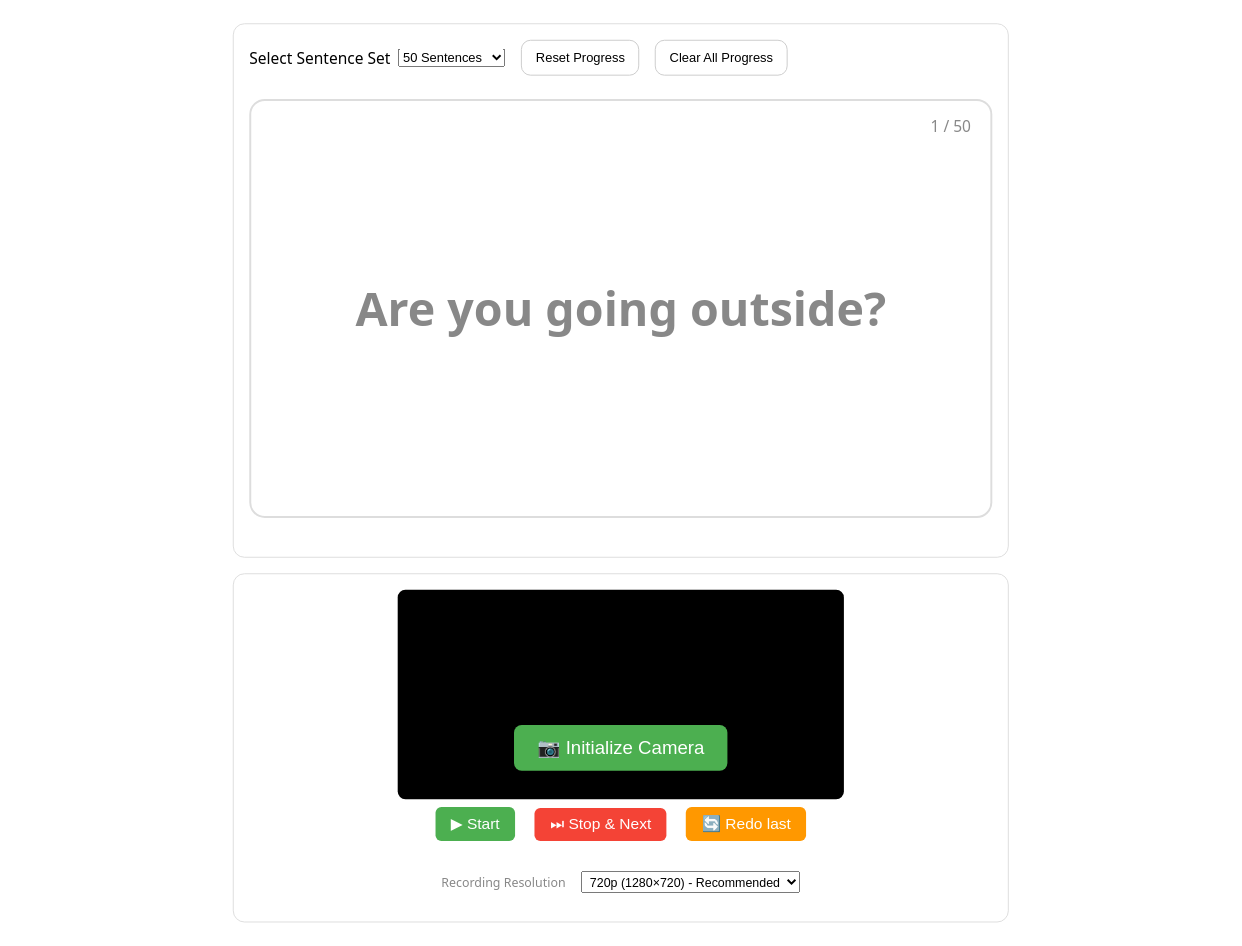
Repository: video2speech/video2speech.github.io
Page: index.html
The author's editor kept a copy of each file at every save. The page is drawn from the files as they stood at one save, then again after the next save.
The browser window is 1280 px wide. The pictures show the whole page, at 97% of full size.

Above is the page before, as saved 2025-09-04 12:42:32.

After the next save:
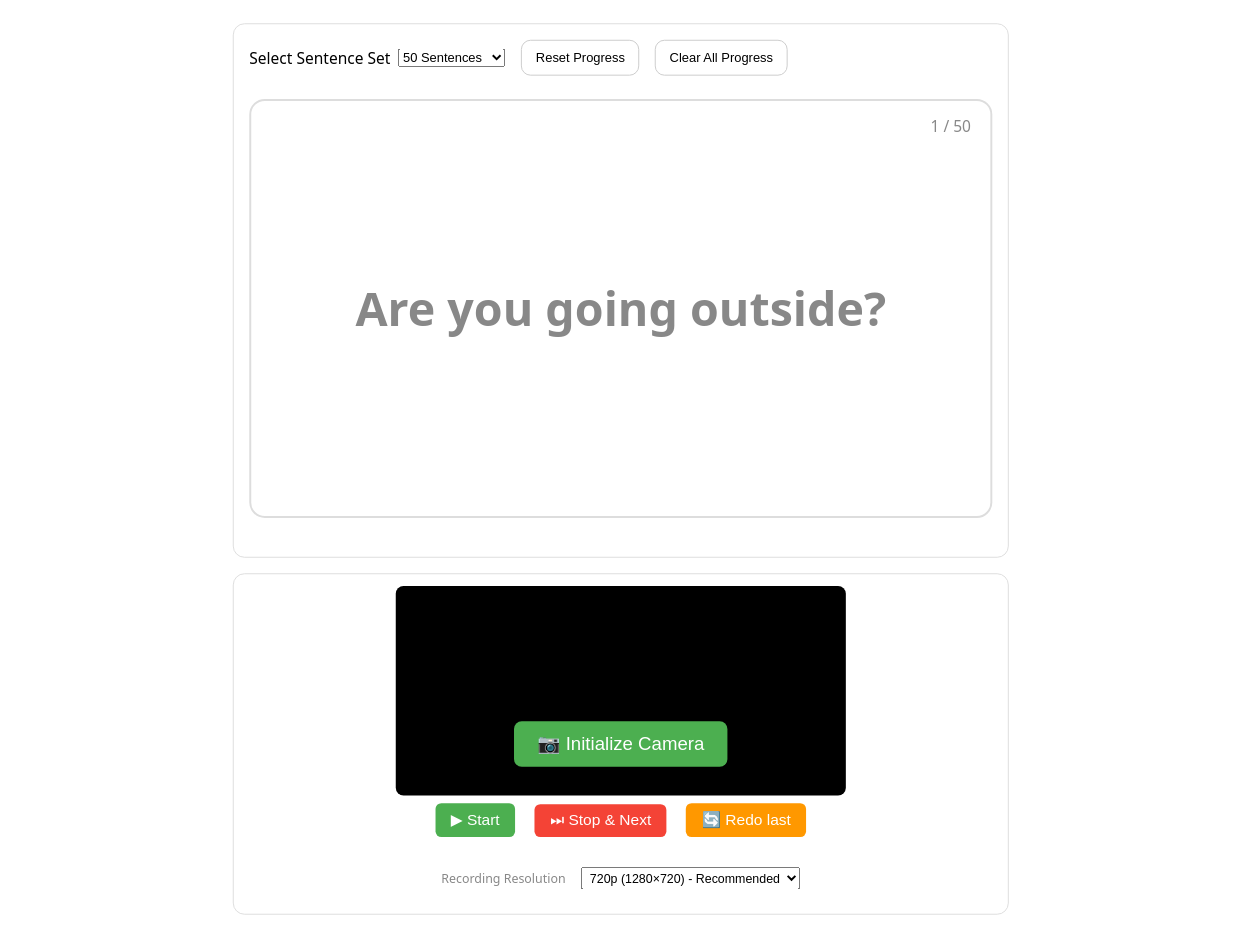
Saved 6 s later.
--- a/index.html
+++ b/index.html
@@ -57,7 +57,7 @@
     </div>
   </div>
 
-  <div class="card" style="position: relative;">
+  <div class="card" style="position: relative; padding: 12px; margin: 12px 0;">
     <video id="preview" playsinline autoplay muted></video>
     <div id="initCameraOverlay" style="position: absolute; top: 50%; left: 50%; transform: translate(-50%, -50%); z-index: 10;">
       <button id="init" style="font-size: 1.2rem; padding: 12px 24px; background: #4CAF50; color: white; border: none; border-radius: 8px; cursor: pointer;">📷 Initialize Camera</button>
